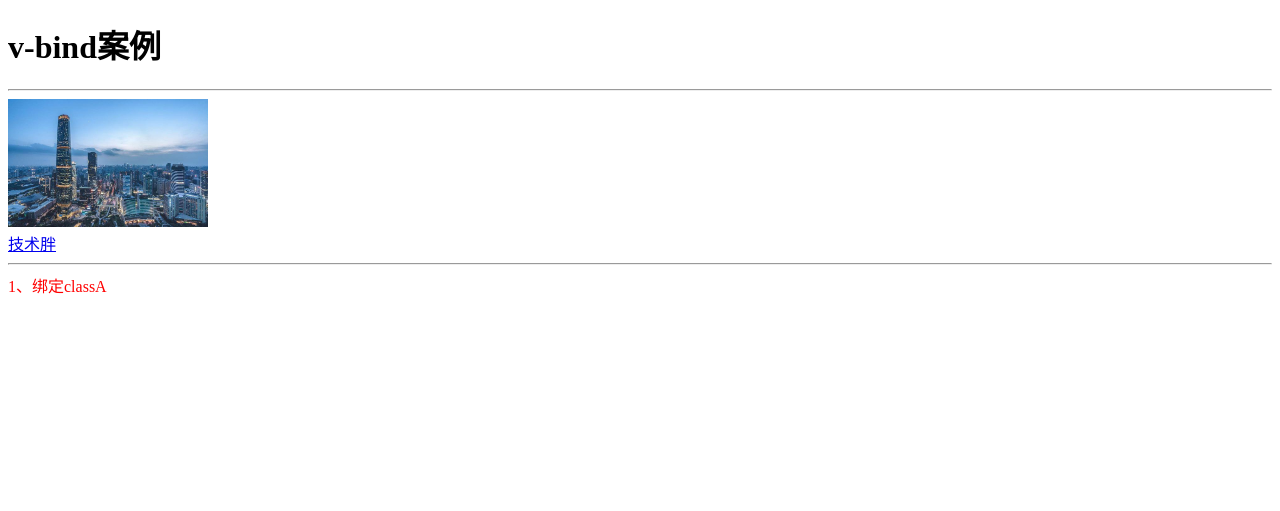
Repository: 13982720426/vue2.0-LearningNotes
Page: example/v-bind.html
These files come from the project's save history. The page is drawn as it stood at one moment and after a run of saves; the edit follows.
The browser window is 1280 px wide. The pictures show the whole page.

Above is the page before, as saved 2021-06-24 13:44:53.

### example/v-bind.html
<!DOCTYPE html>
<html lang="en">
  <head>
    <meta charset="UTF-8" />
    <meta http-equiv="X-UA-Compatible" content="IE=edge" />
    <meta name="viewport" content="width=device-width, initial-scale=1.0" />
    <title>v-bind案例</title>
    <script type="text/javascript" src="../assets/js/vue.js"></script>
  </head>
  <body>
    <h1>v-bind案例</h1>
    <hr />
    <div id="app">
      <img v-bind:src="imgSrc" width="200px" />
      <br />
      <a :href="jspang" target="_blank">技术胖</a>
      <hr />
      <div :class="className">1、绑定classA</div>
      <!-- <div :class="{classA:isOk}">2、绑定class中的判断</div>
      <div :class="[classA,classB]">3、绑定class中的数组</div>
      <div :class="isOk?classA:classB">4、绑定class中的三元表达式判断</div>
      <hr />
      <input type="checkbox" id="isTrue" v-model="isOk" />
      <label for="isTrue">isOk={{isOk}}</label>
      <hr />
      <div :style="{color:red,fontSize:font}">5、绑定style</div>
      <div :style="styleObject">6、用对象绑定style样式</div> -->
    </div>
    <style>
      .classA {
        color: red;
      }
      .classB {
        font-size: 150%;
      }
    </style>
    <script type="text/javascript">
      var app = new Vue({
        el: '#app',
        data: {
          imgSrc: './1.jpeg',
          jspang: 'http://jspang.com',
          className: 'classA',
          // isOk: false,
          // classA: 'classA',
          // classB: 'classB',
          // red: 'red',
          // font: '30px',
          // styleObject: {
          //   fontSize: '24px',
          //   color: 'green',
          // },
        },
      });
    </script>
  </body>
</html>

Loaded but not shown: assets/js/vue.js (library)

After the next 2 saves:
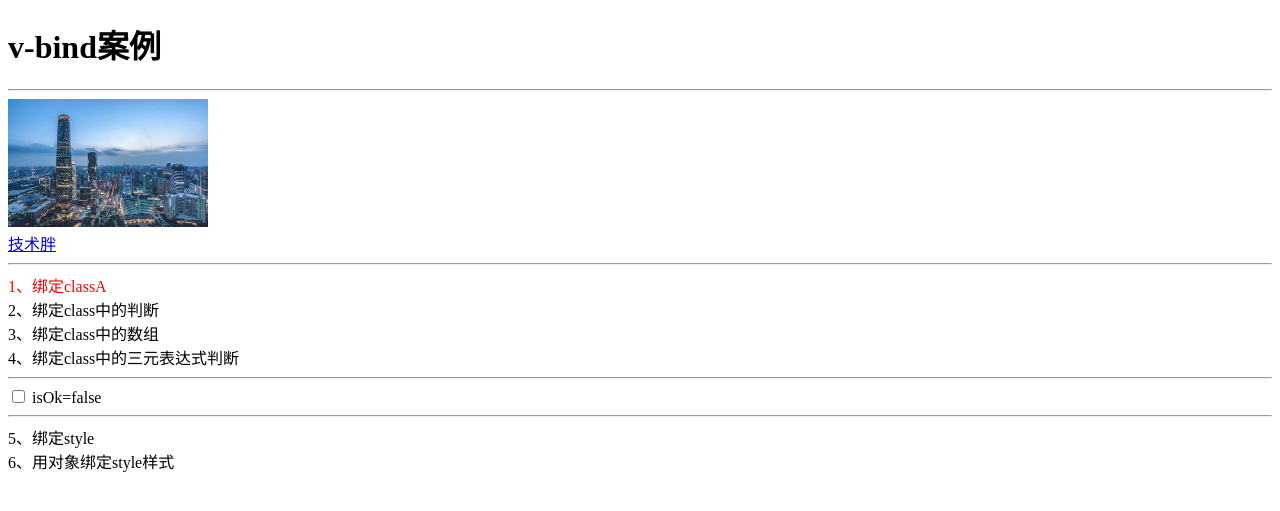
The 2 saves are shown as one change because they came seconds apart.
The last was saved 97 s later.
--- a/example/v-bind.html
+++ b/example/v-bind.html
@@ -16,7 +16,7 @@
       <a :href="jspang" target="_blank">技术胖</a>
       <hr />
       <div :class="className">1、绑定classA</div>
-      <!-- <div :class="{classA:isOk}">2、绑定class中的判断</div>
+      <div :class="{classA:isOk}">2、绑定class中的判断</div>
       <div :class="[classA,classB]">3、绑定class中的数组</div>
       <div :class="isOk?classA:classB">4、绑定class中的三元表达式判断</div>
       <hr />
@@ -24,7 +24,7 @@
       <label for="isTrue">isOk={{isOk}}</label>
       <hr />
       <div :style="{color:red,fontSize:font}">5、绑定style</div>
-      <div :style="styleObject">6、用对象绑定style样式</div> -->
+      <div :style="styleObject">6、用对象绑定style样式</div>
     </div>
     <style>
       .classA {
@@ -41,7 +41,7 @@
           imgSrc: './1.jpeg',
           jspang: 'http://jspang.com',
           className: 'classA',
-          // isOk: false,
+          isOk: false,
           // classA: 'classA',
           // classB: 'classB',
           // red: 'red',
